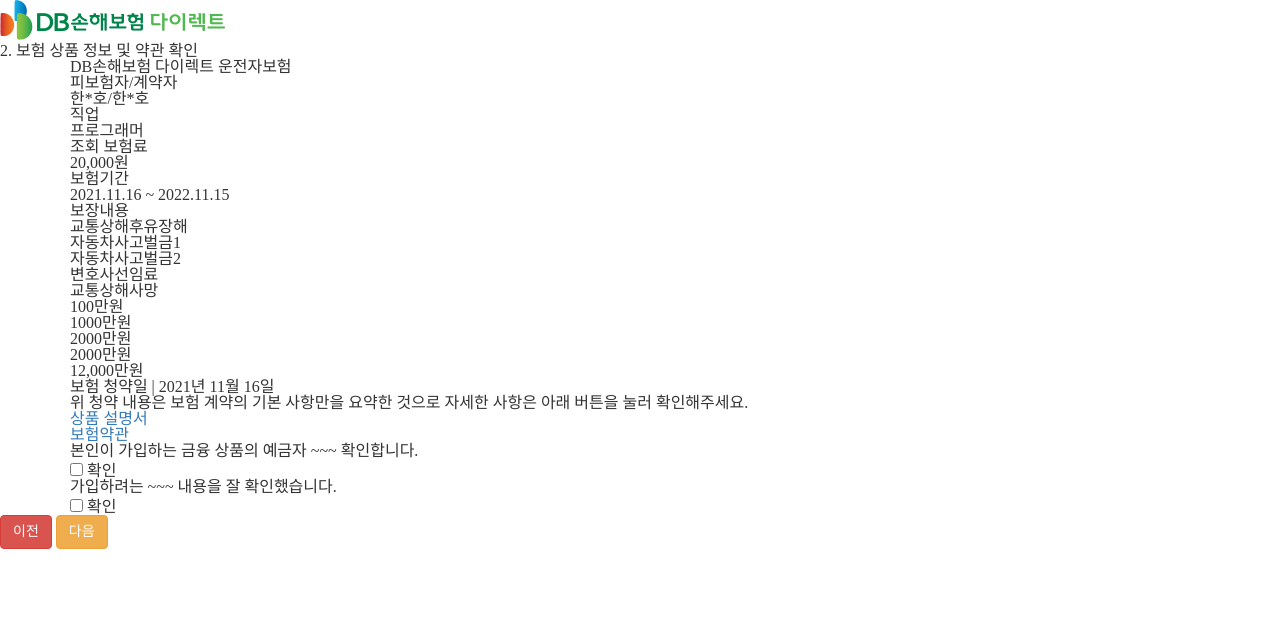
Repository: minho0324/directInsurance
Page: http://localhost/directClone/direct/details2
An editor plug-in stored every save of this project. The page is shown before and after a run of saves, followed by the edit.
The browser window is 1280 px wide. The pictures show the whole page.
The page is served by Tomcat 9. Other server files are loaded and not shown.

Above is the page before, as saved 2021-11-18 06:50:20.

### directClone/src/main/webapp/WEB-INF/views/details2.jsp
<%@ page language="java" contentType="text/html; charset=UTF-8"
    pageEncoding="UTF-8"%>
<!DOCTYPE html>
<%@ taglib uri="http://java.sun.com/jsp/jstl/core"  prefix="c"%>
<html>
<head>
<meta charset="UTF-8">
<title>details2</title>
</head>
<link rel="stylesheet" href="https://maxcdn.bootstrapcdn.com/bootstrap/3.3.2/css/bootstrap.min.css">
<script src="http://code.jquery.com/jquery-latest.js"></script>
<style>

	html, body, div, span, applet, object, iframe,
	h1, h2, h3, h4, h5, h6, p, blockquote, pre,
	a, abbr, acronym, address, big, cite, code,
	del, dfn, em, img, ins, kbd, q, s, samp,
	small, strike, strong, sub, sup, tt, var,
	b, u, i, center,
	dl, dt, dd, ol, ul, li,
	fieldset, form, label, legend,
	table, caption, tbody, tfoot, thead, tr, th, td,
	article, aside, canvas, details, embed,
	figure, figcaption, footer, header, hgroup,
	menu, nav, output, ruby, section, summary,
	time, mark, audio, video {
		margin: 0;
		padding: 0;
		border: 0;
		font-size: 100%;
		font: inherit;
		vertical-align: baseline;
	}
	/* HTML5 display-role reset for older browsers */
	article, aside, details, figcaption, figure,
	footer, header, hgroup, menu, nav, section {
		display: block;
	}
	body {
		line-height: 1;
	}
	ol, ul {
		list-style: none;
	}
	blockquote, q {
		quotes: none;
	}
	blockquote:before, blockquote:after,
	q:before, q:after {
		content: '';
		content: none;
	}



</style>
<body>

	<!-- 헤더 -->
	<div class="headerform">
		<div class="header">
			<div class="title">
				<a href="index.jsp">
					<img src="../resources/img/logo02.png">
				</a>
				<div class="progress_bar">
					2. 보험 상품 정보 및 약관 확인
				</div>
			</div>
		</div>

		<a href="<c:url value='/direct/index.jsp' />" class="btn_close"></a>
	</div>
	<!-- 헤더 끝 -->

	<div class="container">
		<div class="rows">
			<div class="ref">
				<h1>DB손해보험 다이렉트 운전자보험</h1>
			</div>
			<ul class="list">
				<li>피보험자/계약자</li>
				<li>한*호/한*호</li>
			</ul>
			<ul class="list">
				<li>직업</li>
				<li>프로그래머</li>
			</ul>
			<ul class="list">
				<li>조회 보험료</li>
				<li>20,000원</li>
			</ul>
			<ul class="list">
				<li>보험기간</li>
				<li>2021.11.16 ~ 2022.11.15</li>
			</ul>
			<div class="insuInfo">
				<div class="insuTitle">
					<h2>보장내용</h2>
					<div class="insuDetail">
						<ul>
							<li>교통상해후유장해</li>
							<li>자동차사고벌금1</li>
							<li>자동차사고벌금2</li>
							<li>변호사선임료</li>
							<li>교통상해사망</li>
						</ul>
						<ul>
							<li>100만원</li>
							<li>1000만원</li>
							<li>2000만원</li>
							<li>2000만원</li>
							<li>12,000만원</li>
						</ul>
					</div>
					<div class="terms">
						<p>보험 청약일 | 2021년 11월 16일</p>
						<p>위 청약 내용은 보험 계약의 기본 사항만을 요약한 것으로 자세한 사항은 아래 버튼을 눌러 확인해주세요.</p>
						<div class="termLink">
							<div class="term1">
								<a href="https://www.directdb.co.kr/common/rd/view.do">
									<span>상품 설명서</span>
								</a>
							</div>
							<div class="term2">
								<a href="https://www.directdb.co.kr/doc/pdf/terms/ltm_direct_driver2108.pdf">
									<span>보험약관</span>
								</a>
							</div>
						</div>
					</div>
					<div class="termChk">
						<ul>
							<li>본인이 가입하는 금융 상품의 예금자 ~~~ 확인합니다.</li>
						</ul>
						<label for="termChk1">
							<input type="checkbox" name="termChk1" value="Y">
							확인
						</label>
						<ul>
							<li>가입하려는 ~~~ 내용을 잘 확인했습니다.</li>
						</ul>
						<label for="termChk1">
							<input type="checkbox" name="termChk1" value="Y">
							확인
						</label>
					</div>
				</div>
			</div>
		</div>
	</div>
		<div class="progress_btn">
			<button class="prev btn btn-danger">이전</button>
			<button class="next btn btn-warning">다음</button>
		</div>

<script>

	$(function() {
		$('.prev').click(function () {
			location.href="<c:url value='/direct/details1' />";

		})
		$('.next').click(function () {
			location.href="<c:url value='/direct/payment' />";
		})
	});
</script>
</body>

</html>

After the next 2 saves:
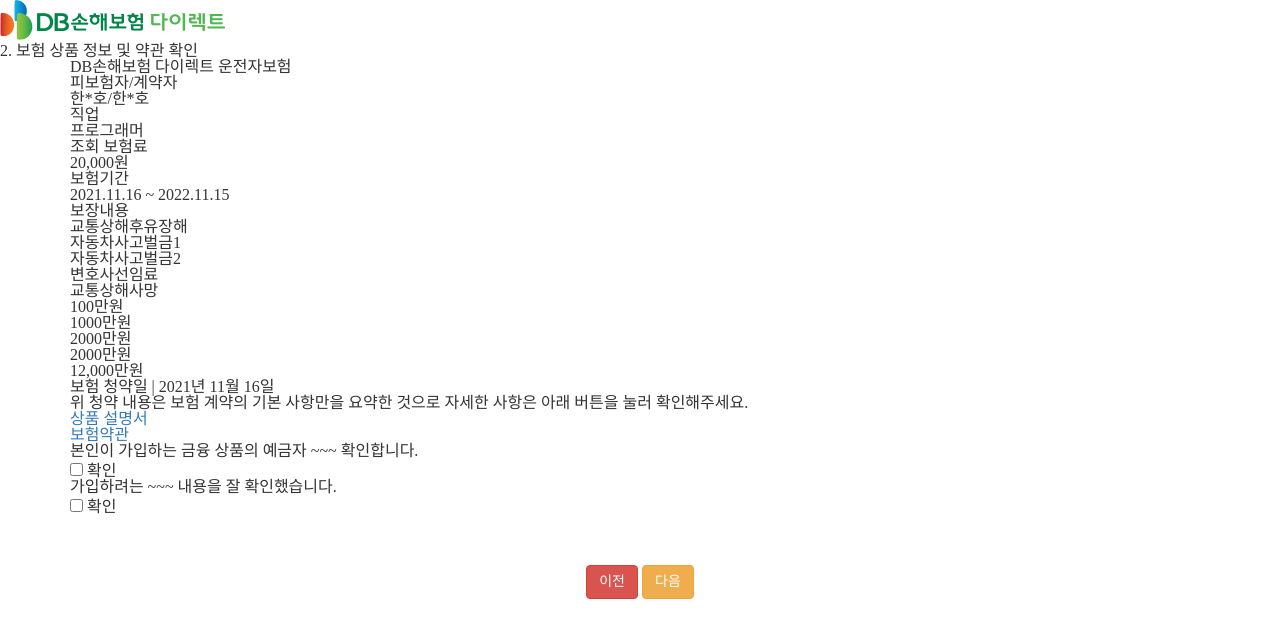
The 2 saves are shown as one change because they came seconds apart.
The last was saved 8 s later.
--- a/directClone/src/main/webapp/WEB-INF/views/details2.jsp
+++ b/directClone/src/main/webapp/WEB-INF/views/details2.jsp
@@ -53,6 +53,12 @@
 
 
 
+
+	/* 이전다음버튼 */
+	.progress_btn {
+		margin:50px 0;
+		text-align:center;
+	}
 </style>
 <body>
 
